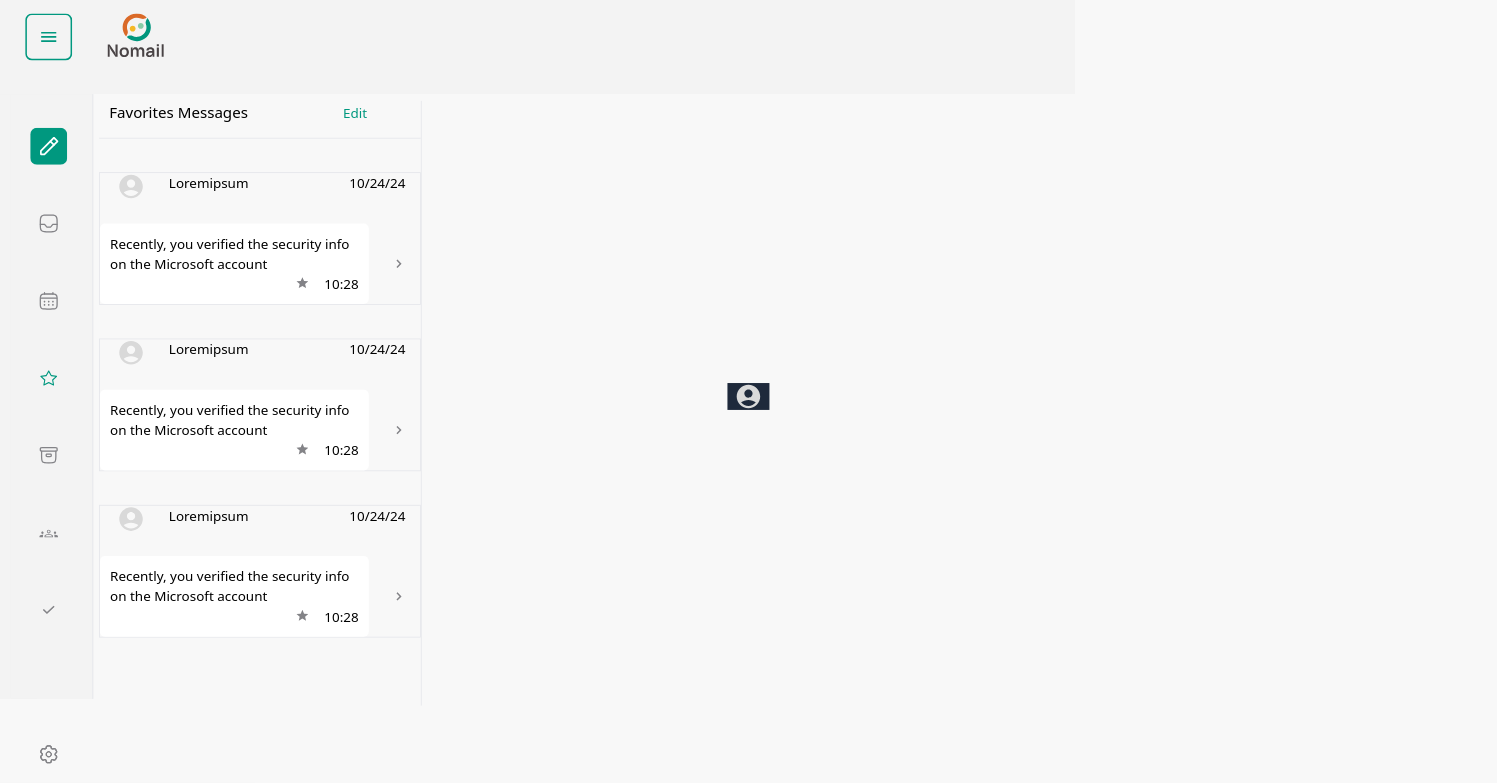
Repository: Tofigkh1/Nomail-Project
Page: /favorites (app in client/)
These files come from the project's save history. The page is drawn as it stood at one moment and after the next save; the edit follows.
The browser window is 1280 px wide. The page is 1280 px wide, then 1782 px, so the pictures cover 1782 px, including what lies to the right of the window. The pictures show the whole page, at 84% of full size.
The project was rebuilt for these pictures with package versions that can differ from the ones it lists, and the page was loaded fresh each time. The framework's server and built-in components were replaced by stand-ins that run in the browser. Also part of the build but not shown: client/next.config.mjs, client/components/shared/svg/FavoritesSvg.jsx, client/components/shared/svg/calendarActiveSvg.jsx, client/components/shared/client/CheckBox/index.tsx.

Above is the page before, as saved 2024-11-22 02:53:54.

### client/app/layout.tsx

import type { Metadata } from "next";
import localFont from "next/font/local";
import "./Styles/globals.css";


const geistSans = localFont({
  src: "./fonts/GeistVF.woff",
  variable: "--font-geist-sans",
  weight: "100 900",
});
const geistMono = localFont({
  src: "./fonts/GeistMonoVF.woff",
  variable: "--font-geist-mono",
  weight: "100 900",
});

export const metadata: Metadata = {
  title: "Create Next App",
  description: "Generated by create next app",
};

export default function RootLayout({
  children,
}: Readonly<{
  children: React.ReactNode;
}>) {
  return (
    <html lang="en">
      <body
        className={`${geistSans.variable} ${geistMono.variable} antialiased`}
      >
        {children}

      </body>
    </html>
  );
}

### client/app/Styles/globals.css
@tailwind base;
@tailwind components;
@tailwind utilities;

body{
  background-color: #f8f8f8;
}

.App {
  font-family: sans-serif;
  text-align: center;
}


:root {
  --background: #ffffff;
  --foreground: #171717;
}

@media (prefers-color-scheme: dark) {
  :root {
    --background: #0a0a0a;
    --foreground: #ededed;
  }
}


@layer utilities {
  .text-balance {
    text-wrap: balance;
  }
}

### client/components/shared/client/Header/header.tsx
'use client';
import { useContext } from "react";
import { SidebarContext } from '../SideBarMenu/sideBarMenu'; // Import context
import NomailLogo from "@/components/shared/svg/headerlLogoSvg";
import HamburgerBtnSvg from "../../svg/hamburgerBtnSvg"



export default function Header() {

    const { expanded, setExpanded } = useContext(SidebarContext); // Access context

    return (
        <div className="flex items-center justify-between p-4 bg-headerColor text-white">
            <div className='w-auto h-20 flex gap-14'>

                <div>
                    <button onClick={() => setExpanded(!expanded)}
                            className="pl-3.5  hover:bg-clientButtonGreen w-14 h-11">
                        <HamburgerBtnSvg/>
                    </button>
                </div>

                <div>
                    <NomailLogo/>
                </div>


            </div>
        </div>
    );
}

### client/components/shared/client/SideBarMenu/sideBarMenu.tsx
'use client';
import React, {  useContext, ReactNode } from "react";
// import { ChevronFirst, ChevronLast } from "lucide-react";


export const SidebarContext = React.createContext<{ expanded: boolean; setExpanded: (expanded: boolean) => void; }>({
    expanded: false,
    setExpanded: () => {},
});

// Sidebar component now depends on context for state
export default function Sidebar({ children }: { children: ReactNode }) {
    const { expanded } = useContext(SidebarContext);

    return (
        <aside className="h-screen bg-headerColor">
            <nav
                className={`h-full flex flex-col bg-headerColor border-r border-whiteLight3 transition-all duration-200 ease-in-out ml-3 ${expanded ? "w-[127%] h-[130%] " : "w-[99px]"}`}>

                <ul className=" flex-1 px-3">{children}</ul>
            </nav>
        </aside>
    );
}

// SidebarItem component for individual items inside the sidebar
type SidebarItemProps = {
    icon: ReactNode;   // Icon to display in the sidebar item
    text: string;      // Text to display in the sidebar item
    active: boolean;   // Boolean to determine if the item is active (highlighted)
    onClick: () => void; // Add onClick function to handle clicks
    style?: React.CSSProperties;
};

export function SidebarItem({icon, text, active, onClick,style}: SidebarItemProps) {
    const context = useContext(SidebarContext); // Sidebar context to manage expanded/collapsed state
    const {expanded} = context!;

    return (

        <li
            onClick={onClick} // Attach the click handler here
            style={style}
            className={`group relative flex items-center py-2 px-3 my-1 font-medium rounded-md cursor-pointer transition-colors mt-8
                ${
                  active
                    ? "text-mainRedLight" // Active item style
                    : expanded || active // Eğer expanded true ise hover stilini ekle
                    ? "hover:bg-textColorGreen"
                    : "" // Expanded değilse hover stili olmasın
                }`}
        >

            <span className="text-xl transition-all duration-300 ease-in-out">
        {icon}
      </span>

            {/* Text büyütüldü ve boşluk artırıldı */}
            {expanded && (
                <span className="ml-4 text-xl text-black transition-all duration-300 ease-in-out ">
          {text}
        </span>
            )}


            {!expanded && (
                <span
                    className={` absolute left-full whitespace-nowrap bg-textColorGreen text-white rounded-md py-1 px-2 transition-all duration-300 ease-in-out ml-2 opacity-0 group-hover:opacity-100`}
                >
          {text}
        </span>
            )}
        </li>
    );
}

### client/components/shared/svg/newMail.jsx
'use client'
export default function  newMail(){
    return(
        <>
            <svg width="44" height="44" viewBox="0 0 44 44" fill="none" xmlns="http://www.w3.org/2000/svg">
                <rect width="44" height="44" rx="8" fill="#00987F"/>
                <path fill-rule="evenodd" clip-rule="evenodd"
                      d="M27.5115 11.2439C27.902 10.8534 28.5351 10.8534 28.9257 11.2438L33.1687 15.4863C33.3562 15.6739 33.4616 15.9282 33.4616 16.1935C33.4616 16.4587 33.3562 16.7131 33.1687 16.9006L17.6122 32.4571C17.4247 32.6446 17.1703 32.75 16.9051 32.75H12.6626C12.1103 32.75 11.6626 32.3023 11.6626 31.75V27.5075C11.6626 27.2423 11.768 26.9879 11.9555 26.8004L27.5115 11.2439ZM28.2187 13.3652L13.6626 27.9217V30.75H16.4909L31.0473 16.1935L28.2187 13.3652Z"
                      fill="white"/>
                <path fill-rule="evenodd" clip-rule="evenodd"
                      d="M23.269 15.4864C23.6595 15.0959 24.2927 15.0959 24.6832 15.4864L28.9257 19.7289C29.3162 20.1194 29.3162 20.7526 28.9257 21.1431C28.5352 21.5336 27.902 21.5336 27.5115 21.1431L23.269 16.9006C22.8784 16.5101 22.8784 15.8769 23.269 15.4864Z"
                      fill="white"/>
            </svg>


        </>
    )
}

### client/components/shared/svg/ArchiveSvg.jsx
'use client'
export default function archiveSvg(){
    return(
        <>
            <svg width="44" height="44" viewBox="0 0 44 44" fill="none" xmlns="http://www.w3.org/2000/svg">
                <path
                    d="M19 22C19 21.534 19 21.301 19.076 21.117C19.1777 20.8725 19.3723 20.6783 19.617 20.577C19.801 20.5 20.034 20.5 20.5 20.5H23.5C23.966 20.5 24.199 20.5 24.383 20.576C24.6275 20.6777 24.8217 20.8723 24.923 21.117C25 21.301 25 21.534 25 22C25 22.466 25 22.699 24.924 22.883C24.8223 23.1275 24.6277 23.3217 24.383 23.423C24.199 23.5 23.966 23.5 23.5 23.5H20.5C20.034 23.5 19.801 23.5 19.617 23.424C19.3725 23.3223 19.1783 23.1277 19.077 22.883C19 22.699 19 22.466 19 22Z"
                    stroke="#A4A4A9" stroke-width="1.5"/>
                <path
                    d="M19 22C19 21.534 19 21.301 19.076 21.117C19.1777 20.8725 19.3723 20.6783 19.617 20.577C19.801 20.5 20.034 20.5 20.5 20.5H23.5C23.966 20.5 24.199 20.5 24.383 20.576C24.6275 20.6777 24.8217 20.8723 24.923 21.117C25 21.301 25 21.534 25 22C25 22.466 25 22.699 24.924 22.883C24.8223 23.1275 24.6277 23.3217 24.383 23.423C24.199 23.5 23.966 23.5 23.5 23.5H20.5C20.034 23.5 19.801 23.5 19.617 23.424C19.3725 23.3223 19.1783 23.1277 19.077 22.883C19 22.699 19 22.466 19 22Z"
                    stroke="black" stroke-opacity="0.2" stroke-width="1.5"/>
                <path
                    d="M30.5 17V23C30.5 26.771 30.5 28.657 29.328 29.828C28.157 31 26.271 31 22.5 31H21.5C17.729 31 15.843 31 14.672 29.828C13.5 28.657 13.5 26.771 13.5 23V17"
                    stroke="#A4A4A9" stroke-width="1.5" stroke-linecap="round"/>
                <path
                    d="M30.5 17V23C30.5 26.771 30.5 28.657 29.328 29.828C28.157 31 26.271 31 22.5 31H21.5C17.729 31 15.843 31 14.672 29.828C13.5 28.657 13.5 26.771 13.5 23V17"
                    stroke="black" stroke-opacity="0.2" stroke-width="1.5" stroke-linecap="round"/>
                <path
                    d="M12 15C12 14.057 12 13.586 12.293 13.293C12.586 13 13.057 13 14 13H30C30.943 13 31.414 13 31.707 13.293C32 13.586 32 14.057 32 15C32 15.943 32 16.414 31.707 16.707C31.414 17 30.943 17 30 17H14C13.057 17 12.586 17 12.293 16.707C12 16.414 12 15.943 12 15Z"
                    stroke="#A4A4A9" stroke-width="1.5"/>
                <path
                    d="M12 15C12 14.057 12 13.586 12.293 13.293C12.586 13 13.057 13 14 13H30C30.943 13 31.414 13 31.707 13.293C32 13.586 32 14.057 32 15C32 15.943 32 16.414 31.707 16.707C31.414 17 30.943 17 30 17H14C13.057 17 12.586 17 12.293 16.707C12 16.414 12 15.943 12 15Z"
                    stroke="black" stroke-opacity="0.2" stroke-width="1.5"/>
            </svg>

        </>
    )
}

### client/components/shared/svg/TodoSvg.jsx
'use client'
export default function  todoSvg(){
    return(
        <>
            <svg width="44" height="44" viewBox="0 0 44 44" fill="none" xmlns="http://www.w3.org/2000/svg">
                <path d="M19.8957 27L15 22.2599L16.2239 21.0748L19.8957 24.6299L27.7761 17L29 18.185L19.8957 27Z"
                      fill="#A4A4A9"/>
                <path d="M19.8957 27L15 22.2599L16.2239 21.0748L19.8957 24.6299L27.7761 17L29 18.185L19.8957 27Z"
                      fill="black" fill-opacity="0.2"/>
            </svg>

        </>
    )
}

### client/components/shared/svg/FavoritesActiveSvg.jsx
'use client'
export default function  favoritesActiveSvg(){
    return(
        <>
        <svg width="44" height="44" viewBox="0 0 44 44" fill="none" xmlns="http://www.w3.org/2000/svg">
<path d="M15.5808 30.2201C15.4833 30.7528 16.0307 31.1692 16.5132 30.9316L22.0006 28.2246L27.4868 30.9316C27.9693 31.1692 28.5168 30.7528 28.4193 30.2213L27.3818 24.5457L31.7842 20.5188C32.1967 20.142 31.9842 19.4533 31.4317 19.3789L25.3093 18.5438L22.5794 13.3517C22.5274 13.2465 22.4453 13.1576 22.3428 13.0953C22.2402 13.0331 22.1214 13 22 13C21.8787 13 21.7598 13.0331 21.6573 13.0953C21.5547 13.1576 21.4727 13.2465 21.4206 13.3517L18.6907 18.545L12.5683 19.3801C12.0171 19.4545 11.8033 20.1432 12.2146 20.52L16.6182 24.5469L15.5808 30.2225V30.2201ZM21.7119 26.8999L17.1045 29.1725L17.972 24.4245C17.9928 24.3152 17.9852 24.2026 17.9496 24.0969C17.914 23.9911 17.8517 23.8955 17.7682 23.8185L14.1358 20.4948L19.2007 19.8037C19.3054 19.788 19.4046 19.7484 19.4901 19.6883C19.5756 19.6281 19.6448 19.5492 19.6919 19.4581L21.9981 15.0688L24.3068 19.4581C24.354 19.5492 24.4232 19.6281 24.5086 19.6883C24.5941 19.7484 24.6934 19.788 24.7981 19.8037L29.863 20.4936L26.2306 23.8173C26.1469 23.8944 26.0844 23.9903 26.0488 24.0962C26.0133 24.2022 26.0057 24.315 26.0268 24.4245L26.8943 29.1725L22.2869 26.8999C22.1979 26.8555 22.0991 26.8324 21.9988 26.8324C21.8985 26.8324 21.8009 26.8555 21.7119 26.8999Z" fill="#00987F"/>
</svg>



        </>
    )
}

### client/components/shared/client/FavoritesMessage/index.tsx
// import CheckboxComponent from "../CheckBox";
// import SearchIconSvg from "../../svg/SearchIconSvg";
import ProfileSvg from "../../../../components/shared/svg/ProfileSvg"
import MessageArrovSvg from "../../../../components/shared/svg/MessageArrovSvg"
import { useState } from "react";
import CheckboxComponent from "../CheckBox";
import StarSvg from "../../../../components/shared/svg/starSvg"


export default function FavoritesMessage() {
    const [editMode, setEditMode] = useState(false);

    const handleEditClick = () => {
        setEditMode(!editMode);
    };
    return (
        <>
            <div className='w-96 h-screen border-r border-whiteLight3 '>







                <div className='flex text-textColGreen font-medium justify-between mt-2'>
                <h1 className="text-black ml-3 text-lg">Favorites Messages</h1>
                <button className={ editMode? 'mr-12 bg-gray-400 rounded-lg w-16 h-8 text-white': 'mr-16' } onClick={handleEditClick}>
                            {editMode ? "Done" : "Edit"}
                        </button>
                </div>
                <div className="border-b border-whiteLight3 mt-4 w-full"></div>
                {[...Array(3)].map((_, index) => (
                        <div key={index}>
                <div className=" border border-r border-whiteLight3 mt-10">
                {editMode && <CheckboxComponent />}
                    <div className=" flex gap-36 ml-3">



                <div className=" flex gap-5">
                <ProfileSvg/>
                <div className=" flex">
                <h1>Lorem</h1>
                <h1>ipsum</h1>
                </div>


                </div>

                <div>
                <h1 className=" -ml-6">10/24/24</h1>
                </div>

                </div>


<div className=" mt-7 flex items-center ">
                <div className="  bg-white rounded-md w-80 h-24 p-3">
                    <p>Recently, you verified the security info on the Microsoft account </p>
                    <div className=" flex justify-end right-0 ml-7 gap-4">
                    <StarSvg/>
                    <h1>10:28</h1>
                    </div>



                </div>

                <div className="ml-5">
                    <MessageArrovSvg/>
                </div>

                </div>
                </div>
</div>
  ))}

                {/* <div className=" border border-whiteLight3 w-full pt-7 mt-5">

<div className=" flex gap-36 ml-3">



<div className=" flex gap-5">
<ProfileSvg/>
<h1>Lorem Ipsum</h1>

</div>

<div>
<h1 className="">10/24/24</h1>
</div>

</div>


<div className=" mt-7 flex items-center ">
<div className="  bg-white rounded-md w-80 h-24 p-3">
<p>Recently, you verified the security info on the Microsoft account </p>
</div>

<div className="ml-5">
<MessageArrovSvg/>
</div>

</div>
</div>


<div className=" border border-whiteLight3 w-full pt-7 mt-5">

<div className=" flex gap-36 ml-3">



<div className=" flex gap-5">
<ProfileSvg/>
<h1>Lorem Ipsum</h1>

</div>

<div>
<h1 className="">10/24/24</h1>
</div>

</div>


<div className=" mt-7 flex items-center ">
<div className="  bg-white rounded-md w-80 h-24 p-3">
<p>Recently, you verified the security info on the Microsoft account </p>
</div>

<div className="ml-5">
<MessageArrovSvg/>
</div>

</div>
</div> */}

            </div>
        </>
    );
}

### client/components/shared/client/messagesView/index.tsx
"use client";

import ProfileSvg from "../../svg/ProfileSvg";


export default function MessagesView() {



    return(

        <div>

        <header>
            <div className=" w-full bg-slate-800">
                <ProfileSvg/>
            </div>
        </header>


        </div>

    )

}

### client/components/shared/svg/hamburgerBtnSvg.jsx
'use client'
export default function  HamburgerBtnSvg(){
    return(
        <>
            <svg width="56" height="56" viewBox="0 0 56 56" fill="none" xmlns="http://www.w3.org/2000/svg">
                <rect x="1" y="1" width="54" height="54" rx="7" stroke="#00987F" stroke-width="2"/>
                <path d="M19 22H37V24H19V22ZM19 27H37V29H19V27ZM19 32H37V34H19V32Z" fill="#00987F"/>
            </svg>


        </>
    )
}

### client/components/shared/svg/ProfileSvg.jsx
'use client'
export default function  ProfileSvg(){
    return(
        <>


            <svg width="50" height="32" viewBox="0 0 32 32" fill="none" xmlns="http://www.w3.org/2000/svg">
<g clip-path="url(#clip0_1904_19120)">
<path fill-rule="evenodd" clip-rule="evenodd" d="M16 2C8.2678 2 2 8.2678 2 16C2 23.7322 8.2678 30 16 30C23.7322 30 30 23.7322 30 16C30 8.2678 23.7322 2 16 2ZM11.1 12.5C11.1 11.8565 11.2267 11.2193 11.473 10.6249C11.7192 10.0304 12.0802 9.49018 12.5352 9.03518C12.9902 8.58017 13.5304 8.21924 14.1249 7.97299C14.7193 7.72674 15.3565 7.6 16 7.6C16.6435 7.6 17.2807 7.72674 17.8751 7.97299C18.4696 8.21924 19.0098 8.58017 19.4648 9.03518C19.9198 9.49018 20.2808 10.0304 20.527 10.6249C20.7733 11.2193 20.9 11.8565 20.9 12.5C20.9 13.7996 20.3838 15.0459 19.4648 15.9648C18.5459 16.8838 17.2996 17.4 16 17.4C14.7004 17.4 13.4541 16.8838 12.5352 15.9648C11.6162 15.0459 11.1 13.7996 11.1 12.5ZM24.7612 22.9776C23.7129 24.2955 22.3805 25.3597 20.8635 26.0908C19.3465 26.8219 17.684 27.2011 16 27.2C14.316 27.2011 12.6535 26.8219 11.1365 26.0908C9.61949 25.3597 8.28713 24.2955 7.2388 22.9776C9.5082 21.3494 12.605 20.2 16 20.2C19.395 20.2 22.4918 21.3494 24.7612 22.9776Z" fill="#D9D9D9"/>
</g>
<defs>
<clipPath id="clip0_1904_19120">
<rect width="32" height="32" fill="white"/>
</clipPath>
</defs>
</svg>


        </>
    )
}

### client/components/shared/svg/MessageArrovSvg.jsx
'use client'
export default function  MessageArrovSvg(){
    return(
        <>




            <svg width="32" height="32" viewBox="0 0 32 32" fill="none" xmlns="http://www.w3.org/2000/svg">
<path fill-rule="evenodd" clip-rule="evenodd" d="M14.2 11L19 16L14.2 21L13 19.75L16.6 16L13 12.25L14.2 11Z" fill="#A4A4A9"/>
<path fill-rule="evenodd" clip-rule="evenodd" d="M14.2 11L19 16L14.2 21L13 19.75L16.6 16L13 12.25L14.2 11Z" fill="black" fill-opacity="0.2"/>
</svg>

        </>
    )
}

### client/components/shared/svg/starSvg.jsx
'use client'
export default function  starSvg(){
    return(
        <>




<svg width="20" height="20" viewBox="0 0 20 20" fill="none" xmlns="http://www.w3.org/2000/svg">
<path d="M5.6775 17L6.815 12.1934L3 8.96053L8.04 8.53289L10 4L11.96 8.53289L17 8.96053L13.185 12.1934L14.3225 17L10 14.4513L5.6775 17Z" fill="#A4A4A9"/>
<path d="M5.6775 17L6.815 12.1934L3 8.96053L8.04 8.53289L10 4L11.96 8.53289L17 8.96053L13.185 12.1934L14.3225 17L10 14.4513L5.6775 17Z" fill="black" fill-opacity="0.2"/>
</svg>

        </>
    )
}

### client/tailwind.config.ts
import type { Config } from "tailwindcss";

const config: Config = {
  content: [
    "./pages/**/*.{js,ts,jsx,tsx,mdx}",
    "./components/**/*.{js,ts,jsx,tsx,mdx}",
    "./app/**/*.{js,ts,jsx,tsx,mdx}",
  ],
  theme: {
    extend: {
      colors: {
        background: "var(--background)",
        foreground: "var(--foreground)",
        headerColor: "#F3F3F3",
        textColorGreen: "#00987F",
        textGray: "#A4A4A9",
        sideBarColor: "#E5E5E5",
        textColGreen: "#00987F",
        bordersColor: "#D1D1D6"
      },
    },
  },
  plugins: [],
};
export default config;

Loaded but not shown: client/components/shared/svg/settingSvg.jsx (25 lines, source omitted); client/components/shared/svg/calendarSvg.jsx (31 lines, source omitted); client/components/shared/svg/InboxSvg.jsx (17 lines, source omitted); client/components/shared/svg/groupSvg.jsx (17 lines, source omitted); client/app/favorites/page.tsx (120 lines, source omitted); client/components/shared/svg/headerlLogoSvg.jsx (38 lines, source omitted)

After the next save:
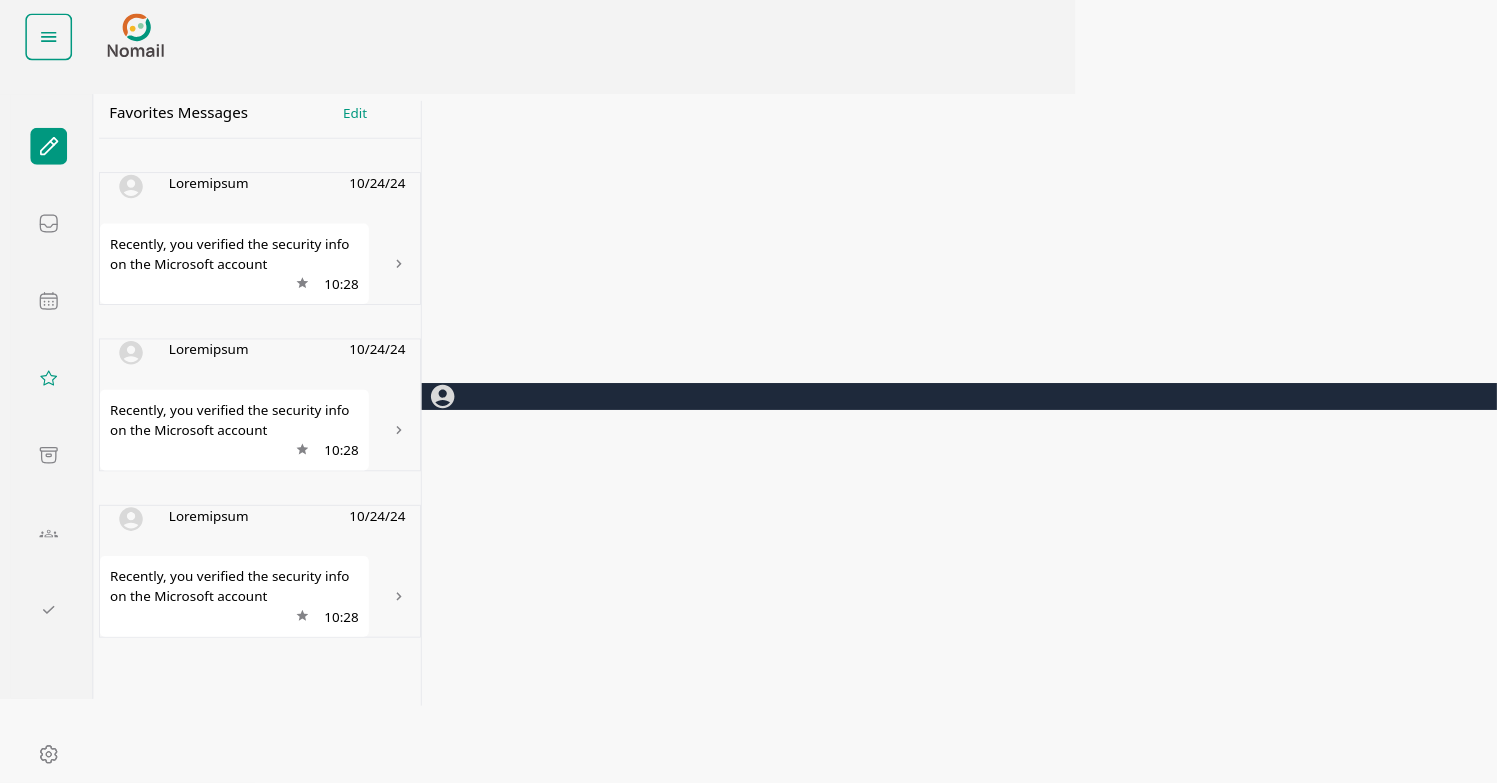
Saved 38 s later.
--- a/client/components/shared/client/messagesView/index.tsx
+++ b/client/components/shared/client/messagesView/index.tsx
@@ -12,7 +12,7 @@ export default function MessagesView() {
         <div>
 
         <header>
-            <div className=" w-full bg-slate-800">
+            <div className=" w-screen bg-slate-800">
                 <ProfileSvg/>
             </div>
         </header>
